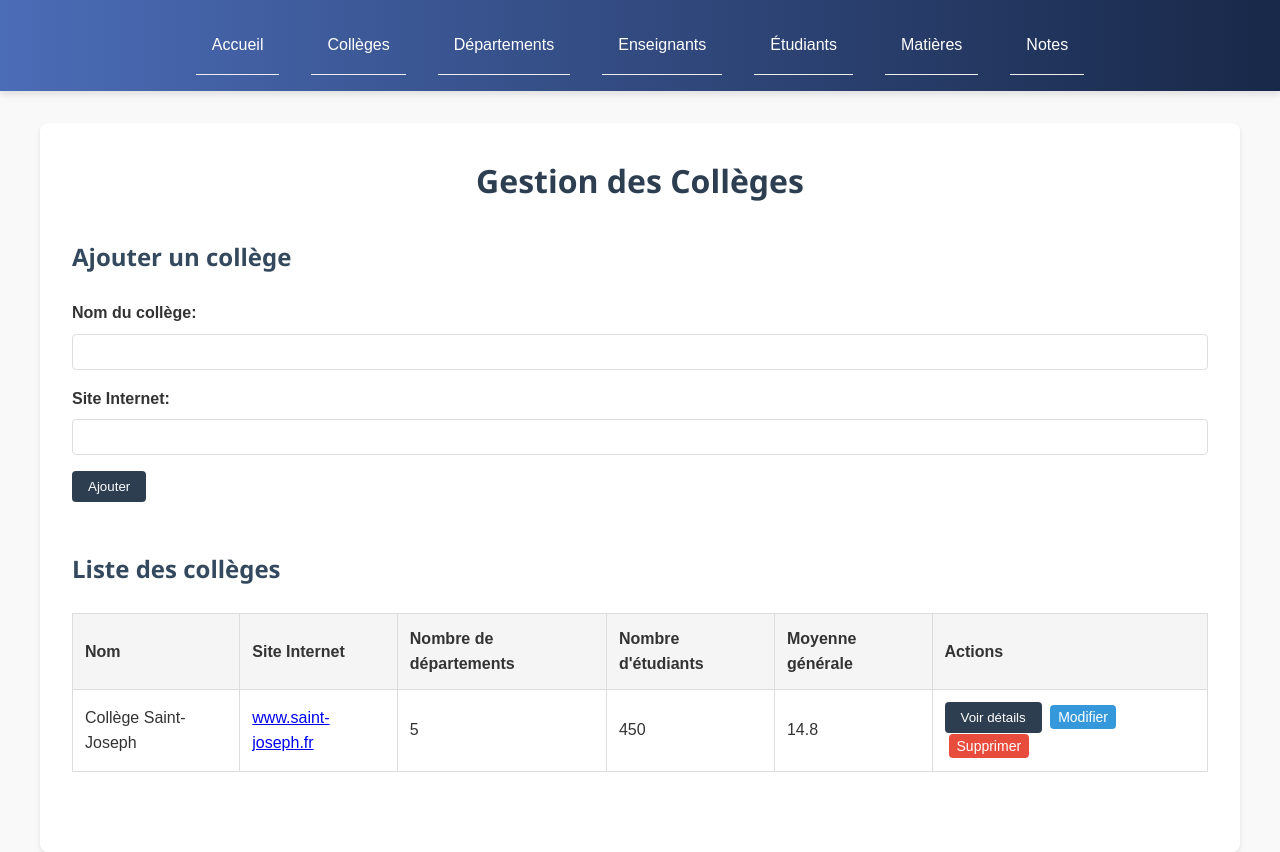
Repository: Ishimw3/college-management
Page: pages/colleges.html
An editor plug-in stored every save of this project. The page is shown before and after the next save, followed by the edit.
The browser window is 1280 px wide. The pictures show the whole page.

Above is the page before, as saved 2025-02-24 20:10:30.
Console error: ReferenceError: data is not defined

After the next save:
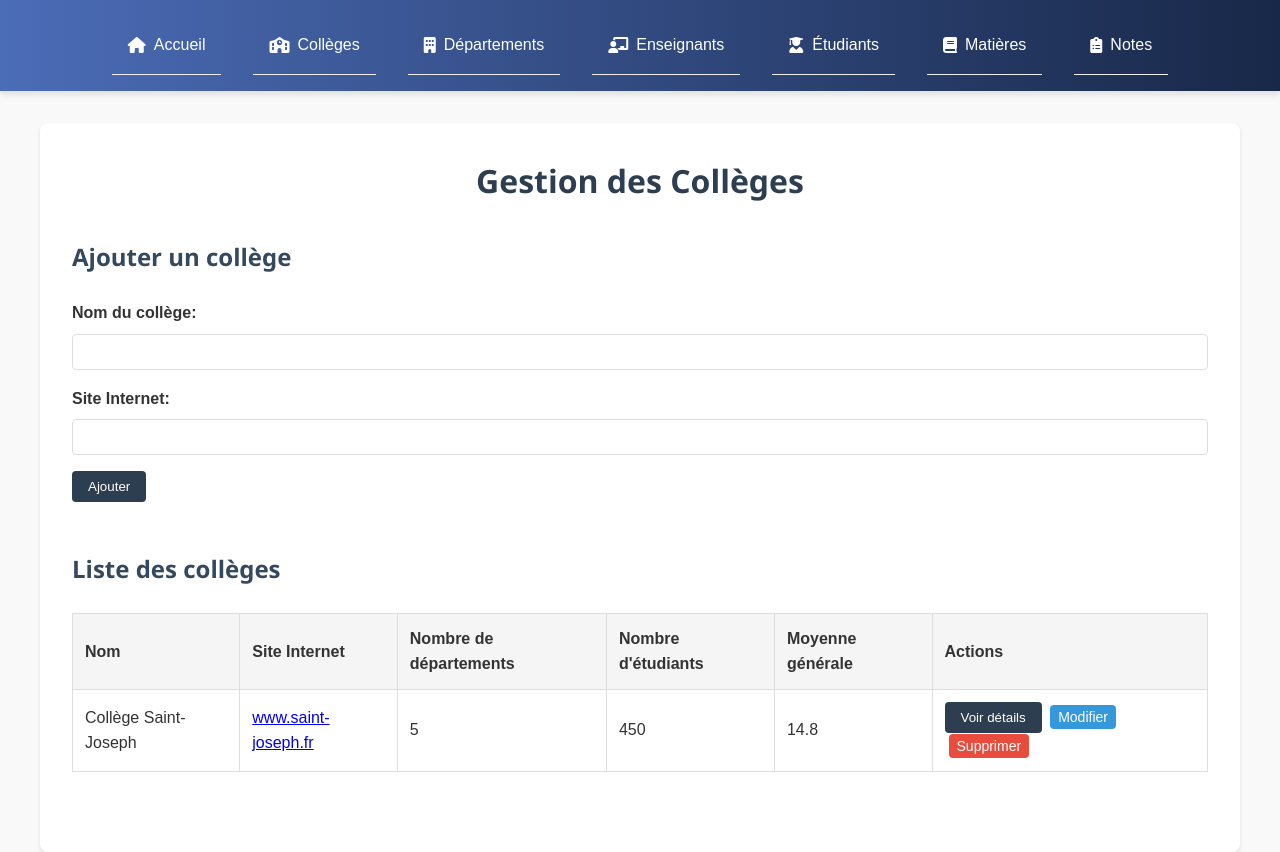
Saved 6 min 40 s later.
--- a/pages/colleges.html
+++ b/pages/colleges.html
@@ -5,17 +5,18 @@
     <meta name="viewport" content="width=device-width, initial-scale=1.0">
     <title>Gestion des Collèges</title>
     <link rel="stylesheet" href="../assets/css/main.css">
+    <link rel="stylesheet" href="https://cdnjs.cloudflare.com/ajax/libs/font-awesome/6.0.0-beta3/css/all.min.css">
 </head>
 <body>
     <nav>
         <ul>
-            <li><a href="../index.html">Accueil</a></li>
-            <li><a href="colleges.html">Collèges</a></li>
-            <li><a href="departements.html">Départements</a></li>
-            <li><a href="teachers.html">Enseignants</a></li>
-            <li><a href="students.html">Étudiants</a></li>
-            <li><a href="subjects.html">Matières</a></li>
-            <li><a href="grades.html">Notes</a></li>
+            <li><a href="../index.html"><i class="fas fa-home"></i> Accueil</a></li>
+            <li><a href="colleges.html"><i class="fas fa-school"></i> Collèges</a></li>
+            <li><a href="departements.html"><i class="fas fa-building"></i> Départements</a></li>
+            <li><a href="teachers.html"><i class="fas fa-chalkboard-teacher"></i> Enseignants</a></li>
+            <li><a href="students.html"><i class="fas fa-user-graduate"></i> Étudiants</a></li>
+            <li><a href="subjects.html"><i class="fas fa-book"></i> Matières</a></li>
+            <li><a href="grades.html"><i class="fas fa-clipboard-list"></i> Notes</a></li>
         </ul>
     </nav>
 
